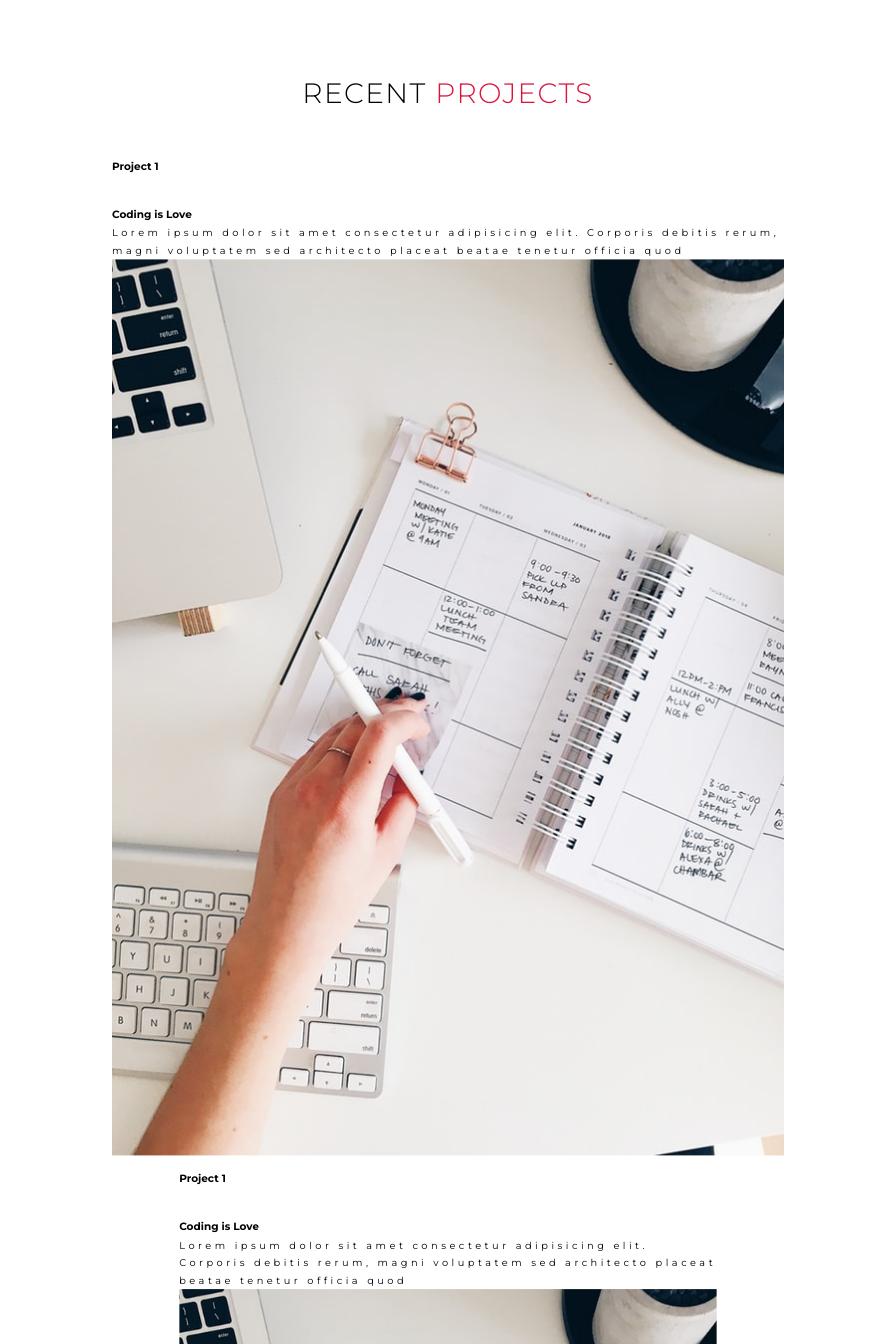
Repository: randysteele/my-portfolio-2023
Page: index.html
An editor plug-in stored every save of this project. The page is shown before and after the next save, followed by the edit.
The browser window is 1280 px wide. The pictures show the part of the page from y = 2171 to 4091 px (the page is 7925 px tall before and 7922 px after), at 70% of full size.

Above is the page before, as saved 2023-04-23 15:34:20.

After the next save:
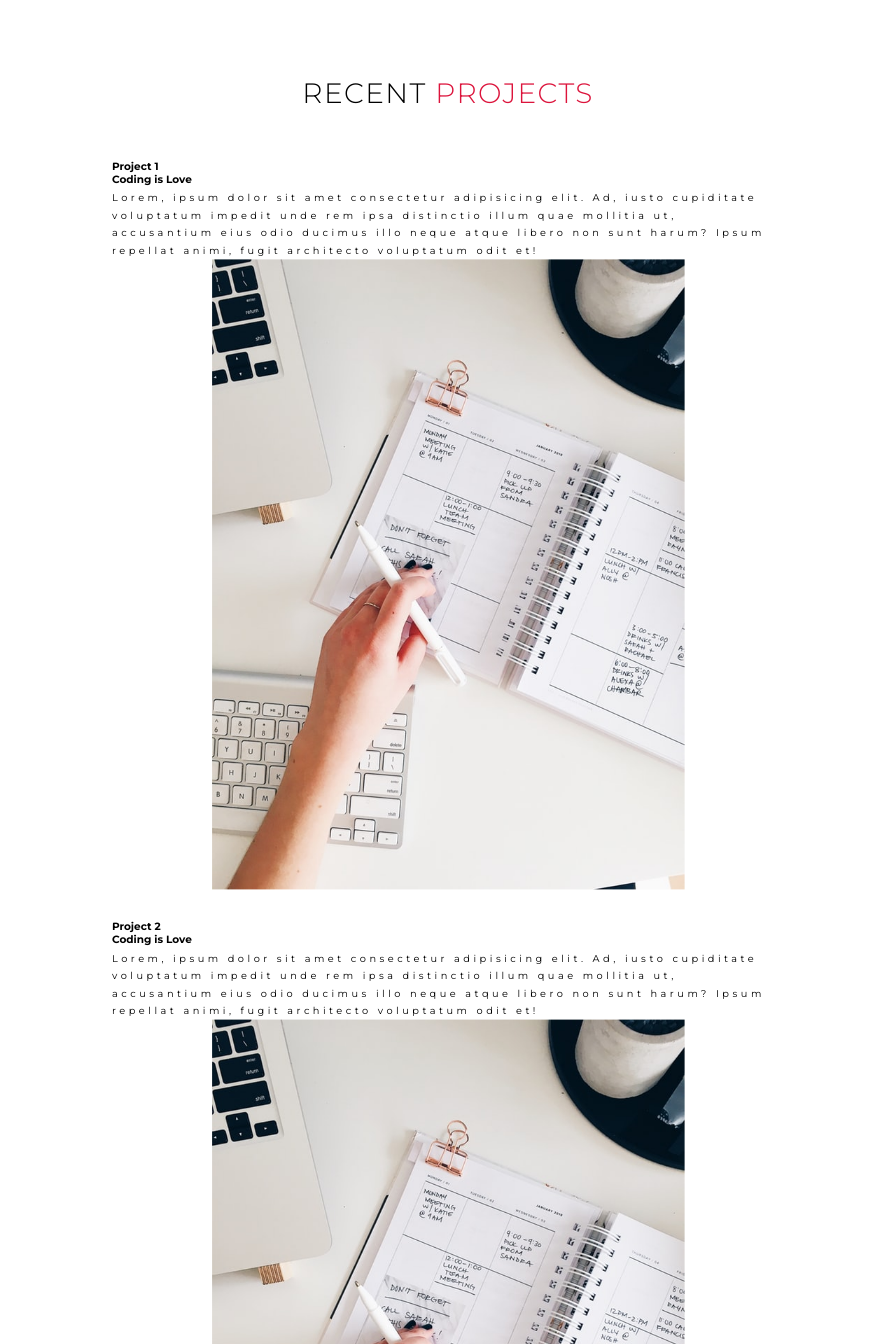
Saved 7 min 0 s later.
--- a/index.html
+++ b/index.html
@@ -60,84 +60,77 @@
       </section>
 <!-- End Services Section -->
 
-<!-- Projects Section -->
-<section id="projects">
+ <!-- Projects Section -->
+ <section id="projects">
     <div class="projects container">
-        <div class="projects-header">
+      <div class="projects-header">
         <h1 class="section-title">Recent <span>Projects</span></h1>
-            <div class="all-projects">
-                <div class="project-item">
-                    <div class="project-info">
-                        <h1>Project 1</h1>
-                        <h2>Coding is Love</h2>
-                        <p>Lorem ipsum dolor sit amet consectetur adipisicing
-                            elit. Corporis debitis rerum, magni voluptatem
-                            sed architecto placeat beatae tenetur officia quod</p>
-                        <div class="project-image">
-                            <img src="./img/img-1.png" alt="img">
-
-                        </div>
-                    </div>
-                        <div class="project-item">
-                        <div class="project-info">
-                            <h1>Project 1</h1>
-                            <h2>Coding is Love</h2>
-                            <p>Lorem ipsum dolor sit amet consectetur adipisicing
-                                elit. Corporis debitis rerum, magni voluptatem
-                                sed architecto placeat beatae tenetur officia quod</p>
-                            <div class="project-image">
-                                <img src="./img/img-1.png" alt="img">
-
-                            </div>
-                        </div>
-
-                        <div class="project-item">
-                            <div class="project-info">
-                                <h1>Project 1</h1>
-                                <h2>Coding is Love</h2>
-                                <p>Lorem ipsum dolor sit amet consectetur adipisicing
-                                    elit. Corporis debitis rerum, magni voluptatem
-                                    sed architecto placeat beatae tenetur officia quod</p>
-                                <div class="project-image">
-                                    <img src="./img/img-1.png" alt="img">
-
-                                </div>
-                            </div>
-
-                            <div class="project-item">
-                                <div class="project-info">
-                                    <h1>Project 1</h1>
-                                    <h2>Coding is Love</h2>
-                                    <p>Lorem ipsum dolor sit amet consectetur adipisicing
-                                        elit. Corporis debitis rerum, magni voluptatem
-                                        sed architecto placeat beatae tenetur officia quod</p>
-                                    <div class="project-image">
-                                        <img src="./img/img-1.png" alt="img">
-
-                                    </div>
-                                </div>
-
-                                <div class="project-item">
-                                    <div class="project-info">
-                                        <h1>Project 1</h1>
-                                        <h2>Coding is Love</h2>
-                                        <p>Lorem ipsum dolor sit amet consectetur adipisicing
-                                            elit. Corporis debitis rerum, magni voluptatem
-                                            sed architecto placeat beatae tenetur officia quod</p>
-                                        <div class="project-image">
-                                            <img src="./img/img-1.png" alt="img">
-
-                                        </div>
-                                    </div>
-
-
-                </div>
+      </div>
+      <div class="all-projects">
+        <div class="project-item">
+          <div class="project-info">
+            <h1>Project 1</h1>
+            <h2>Coding is Love</h2>
+            <p>Lorem, ipsum dolor sit amet consectetur adipisicing elit. Ad, iusto cupiditate voluptatum impedit unde
+              rem ipsa distinctio illum quae mollitia ut, accusantium eius odio ducimus illo neque atque libero non sunt
+              harum? Ipsum repellat animi, fugit architecto voluptatum odit et!</p>
+          </div>
+          <div class="project-img">
+            <img src="./img/img-1.png" alt="img">
+          </div>
         </div>
+        <div class="project-item">
+          <div class="project-info">
+            <h1>Project 2</h1>
+            <h2>Coding is Love</h2>
+            <p>Lorem, ipsum dolor sit amet consectetur adipisicing elit. Ad, iusto cupiditate voluptatum impedit unde
+              rem ipsa distinctio illum quae mollitia ut, accusantium eius odio ducimus illo neque atque libero non sunt
+              harum? Ipsum repellat animi, fugit architecto voluptatum odit et!</p>
+          </div>
+          <div class="project-img">
+            <img src="./img/img-1.png" alt="img">
+          </div>
+        </div>
+        <div class="project-item">
+          <div class="project-info">
+            <h1>Project 3</h1>
+            <h2>Coding is Love</h2>
+            <p>Lorem, ipsum dolor sit amet consectetur adipisicing elit. Ad, iusto cupiditate voluptatum impedit unde
+              rem ipsa distinctio illum quae mollitia ut, accusantium eius odio ducimus illo neque atque libero non sunt
+              harum? Ipsum repellat animi, fugit architecto voluptatum odit et!</p>
+          </div>
+          <div class="project-img">
+            <img src="./img/img-1.png" alt="img">
+          </div>
+        </div>
+        <div class="project-item">
+          <div class="project-info">
+            <h1>Project 4</h1>
+            <h2>Coding is Love</h2>
+            <p>Lorem, ipsum dolor sit amet consectetur adipisicing elit. Ad, iusto cupiditate voluptatum impedit unde
+              rem ipsa distinctio illum quae mollitia ut, accusantium eius odio ducimus illo neque atque libero non sunt
+              harum? Ipsum repellat animi, fugit architecto voluptatum odit et!</p>
+          </div>
+          <div class="project-img">
+            <img src="./img/img-1.png" alt="img">
+          </div>
+        </div>
+        <div class="project-item">
+          <div class="project-info">
+            <h1>Project 5</h1>
+            <h2>Coding is Love</h2>
+            <p>Lorem, ipsum dolor sit amet consectetur adipisicing elit. Ad, iusto cupiditate voluptatum impedit unde
+              rem ipsa distinctio illum quae mollitia ut, accusantium eius odio ducimus illo neque atque libero non sunt
+              harum? Ipsum repellat animi, fugit architecto voluptatum odit et!</p>
+          </div>
+          <div class="project-img">
+            <img src="./img/img-1.png" alt="img">
+          </div>
+        </div>
+      </div>
     </div>
-    </div>
-</div>
-</section>
-
+  </section>
+  <!-- End Projects Section -->
 
 
 <!-- End Projects Section -->
